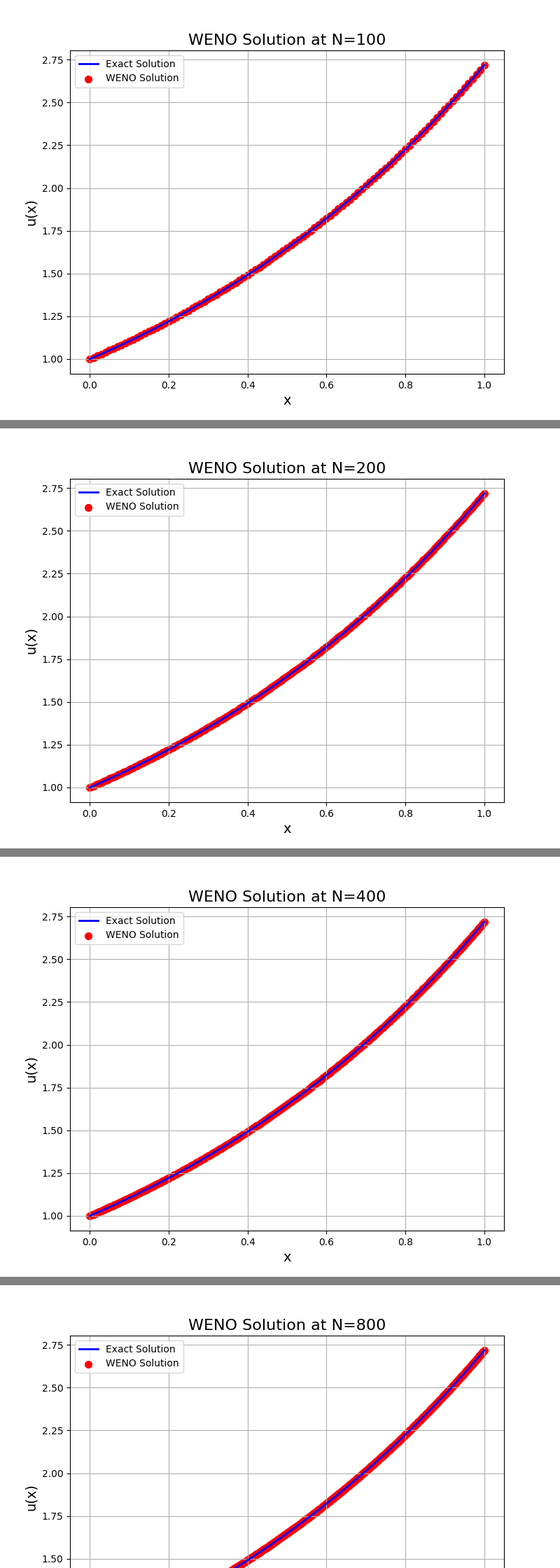
Repository: mishiroo/WENO
Script's output: python main.py
An editor plug-in stored every save of this project. The script's output is shown before and after the next save, followed by the edit.
The pictures show rows 0 to 2240 of an output 3048 px tall, at 70% of full size.
Each picture stacks the figures in order, with grey between them; figures that are only written to a file come last. Random numbers start from a fixed seed.

Above is the script's output before, as saved 2024-12-03 15:10:21.

### main.py
import WENO
import ErrorAnalysis as EA
import numpy as np
import tqdm

# 计算误差阶
# N: Num of cells
NList = [100, 200, 400, 800, 1600]
L2ErrorList = []
LinfErrorList = []
Solutions = []

for n in NList:
    print(f"num of cells = {n}...")
    mesh = WENO.Mesh(0, 1, n)
    mesh.SetTestAverageValues()
    theo_values = np.exp(mesh.mesh)
    weno = WENO.WENO1D(mesh=mesh.mesh, avg_values=mesh.avg_values)
    weno5_solution = np.zeros_like(mesh.mesh)
    for i in tqdm.tqdm(range(weno.N+1)):
        weno5_solution[i] = weno.WENOReconstruct(i)
    LinfErrorList.append(EA.LinfError(theo_values, weno5_solution))
    L2ErrorList.append(EA.L2Error(theo_values, weno5_solution))
    Solutions.append(weno5_solution)
    EA.Draw(mesh.mesh, theo_values, weno5_solution)


EA.SaveError("WENO5Error.xlsx", NList, L2ErrorList, LinfErrorList)

### WENO.py
import numpy as np
from typing import List
# 1D dimension
class WENO1D:

    def __init__(self, mesh: np.ndarray, avg_values: np.ndarray, order=5) -> None:
        """初始化WENO类

        Args:
            mesh (np.ndarray): 网格剖分[lb,...ub]
            avg_values (np.ndarray): 网格剖分[lb,...ub]
            order (int, optional): WENO算法阶数. Defaults to 5.
        """
        assert np.size(mesh) - 1 == np.size(
            avg_values
        ), "len(mesh) == len(avg_values) + 1"
        self.avg_values = avg_values
        self.mesh = mesh

        self.order = order
        self.lb = mesh[0]
        self.ub = mesh[-1]
        self.N = len(mesh) - 1  # Num of cells
        self.k = int((order + 1) / 2)  # Num of stencils
        # 查表得到模板组合线性权
        if order == 1:
            self.weights_d = [1]
        elif order == 3:
            self.weights_d = [2 / 3, 1 / 3]
        elif order == 5:
            self.weights_d = [1 / 10, 3 / 5, 3 / 10]
            # 查表得到模板组合系数
            self.C = np.array(
                [
                    [1 / 3, -7 / 6, 11 / 6],
                    [-1 / 6, 5 / 6, 1 / 3],
                    [1 / 3, 5 / 6, -1 / 6],
                    [11 / 6, -7 / 6, 1 / 3],
                ]
            )
        else:
            raise ValueError("order must be 1, 2 or 3")  # 其他阶的系数论文没给，先不写

    def StencilReconstruct(self, index: int) -> List[float]:
        """根据模板进行重构 精度为k阶

        Args:
            index (int): 计算节点的位置索引

        Returns:
            List[float]: 不同模板上的重构结果
        """
        stencil_index = index - 1
        stencil_recons = np.zeros(self.k)  # 存储不同模板重构结果的值
        if stencil_index - self.k + 1 >= 0 and stencil_index + self.k - 1 <= self.N - 1:
            for i in range(self.k):
                stencil_recons[i] = np.inner(
                    self.C[i],
                    self.avg_values[
                        stencil_index - self.k + 1 + i : stencil_index + i + 1
                    ],
                )

        elif stencil_index - self.k + 1 < 0:
            for i in range(self.k):
                stencil_recons[i] = np.inner(
                    self.C[-1],
                    self.avg_values[stencil_index+1 : stencil_index + self.k+1],
                )

        elif stencil_index + self.k - 1 > self.N - 1:
            for i in range(self.k):
                stencil_recons[i] = np.inner(
                    self.C[0],
                    self.avg_values[stencil_index - self.k + 1 : stencil_index + 1],
                )
        return stencil_recons


    def SmoothIndicators(self, index: int) -> np.ndarray:
        """计算指示器

        Args:
            index (int): 索引

        Returns:
            np.ndarray: 平滑指示函数
        """
        assert self.k == 2 or self.k == 3, "SmoothIndicators only support k=3 NOW!"
        # 处理非法值
        if index < self.k - 1 or index > self.N - self.k:
            return self.weights_d
        else:
            if self.k == 2:
                beta0 = self.avg_values[index + 1] - self.avg_values[index]
                beta1 = self.avg_values[index] - self.avg_values[index - 1]
                return [beta0, beta1]
            elif self.k == 3:
                beta0 = (
                    13
                    / 12
                    * (
                        self.avg_values[index + 1]
                        - 2 * self.avg_values[index + 1]
                        + self.avg_values[index + 2]
                    )
                    ** 2
                )
                +1 / 4 * (
                    3 * self.avg_values[index]
                    - 4 * self.avg_values[index + 2]
                    + self.avg_values[index + 2]
                ) ** 2
                beta1 = (
                    13
                    / 12
                    * (
                        self.avg_values[index - 1]
                        - 2 * self.avg_values[index]
                        + self.avg_values[index + 1]
                    )
                    ** 2
                )
                +1 / 4 * (self.avg_values[index - 1] - self.avg_values[index + 1]) ** 2
                beta2 = (
                    13
                    / 12
                    * (
                        self.avg_values[index - 2]
                        - 2 * self.avg_values[index - 1]
                        + self.avg_values[index]
                    )
                    ** 2
                )
                +1 / 4 * (
                    3 * self.avg_values[index]
                    - 4 * self.avg_values[index - 1]
                    + self.avg_values[index - 2]
                ) ** 2
            return [beta0, beta1, beta2]

    def FormWeights(self, index: int, eps=1e-6) -> np.ndarray:
        """计算归一化权重

        Args:
            index (int): 索引

        Returns:
            np.ndarray: 权重
        """
        alpha = np.zeros(self.k)
        beta = self.SmoothIndicators(index)
        for i in range(self.k):
            alpha[i] = self.weights_d[i] / (eps + beta[i]) ** 2
        return alpha / np.sum(alpha)

    def WENOReconstruct(self, index: int, eps=1e-6) -> float:
        """WENO加权后的重构 精度为2k-1阶

        Args:
            index (int): 索引
            eps (_type_, optional): eps参数. Defaults to 1e-6.

        Returns:
            float: 插值结果
        """
        weights = self.FormWeights(index, eps=eps)
        return np.inner(self.weights_d, self.StencilReconstruct(index))


class Mesh:
    def __init__(self, lb: float, ub: float, N: int) -> None:
        """初始化网格

        Args:
            lb (float): 左边界
            ub (float): 右边界
            N (int): cells数量
        """
        self.lb = lb
        self.ub = ub
        self.N = N
        self.mesh = np.linspace(lb, ub, N + 1)
        self.avg_values = np.zeros(N)  # Initialize avg_values

    def BindAverageValues(self, avg_values: List[float]) -> None:
        """绑定平均值

        Args:
            avg_values (List[float]): 平均值
        """
        assert len(avg_values) == self.N, "avg_values length must be N"
        self.avg_values = avg_values

    def SetTestAverageValues(self):
        """测试用例
        func = e^x
        设置精确的单元格积分均值
        """
        for i in range(self.N):
            integrate = np.exp(self.mesh[i + 1]) - np.exp(self.mesh[i])
            self.avg_values[i] = integrate / (self.mesh[i + 1] - self.mesh[i])

### ErrorAnalysis.py
# 分析计算结果的收敛阶 绘制计算效果图
import numpy as np
import pandas as pd
from typing import List
from matplotlib import pyplot as plt


def AccuracyOrder(N1: int, N2: int, Error1: int, Error2: int) -> float:
    """给定两组剖分和计算结果，计算收敛阶

    Args:
        N1 (int): 第一次剖分的网格数
        N2 (int): 第二次剖分的网格数
        Error1 (int): 第一次剖分的误差
        Error2 (int): 第二次剖分的误差

    Returns:
        float: 收敛阶
    """
    return np.log(Error1 / Error2) / np.log(N2 / N1)


def AccuracyOrders(NList: List[int], ErrorList: List[float]) -> np.ndarray:
    """对两组及以上剖分结果进行收敛阶分析 返回长度为len(NList)第一个元素为None的收敛阶数组

    Args:
        NList (List[int]): 网格剖分参数列表
        ErrorList (List[float]): 误差结果列表

    Returns:
        np.ndarray: 收敛阶列表
    """
    assert len(NList) == len(
        ErrorList
    ), f"length of NList and ErrorList must be equal, but {len(NList)} and {len(ErrorList)} are given"
    orderList = np.zeros(len(NList))
    orderList[0] = None
    for i in range(1, len(NList)):
        orderList[i] = AccuracyOrder(NList[i], NList[i - 1], ErrorList[i], ErrorList[i - 1])
    return orderList


def SaveError(fn: str, NList: List[int], L2ErrorList: List[float], LinfErrorList: List[float]) -> None:
    """保存误差结果

    Args:
        fn (str): 保存文件名
        NList (List[int]): 网格剖分参数列表
        ErrorList (List[float]): 误差结果列表
    """
    ac_orders_l2 = AccuracyOrders(NList, L2ErrorList)
    ac_orders_linf = AccuracyOrders(NList, LinfErrorList)
    # 保存计算结果
    data = {
        "N": NList,
        "L2Error": L2ErrorList,
        "L2Order": ac_orders_l2,
        "LInfError": LinfErrorList,
        "LInfOrder": ac_orders_linf,
    }
    df = pd.DataFrame(data)
    df.to_excel(fn, index=False)


def L2Error(analytical: List[float], numerical: List[float]) -> float:
    """计算L2误差

    Args:
        analytical (List[float]): 解析解
        numerical (List[float]): 数值解

    Returns:
        float: L2误差
    """
    return np.sqrt(np.sum([(a - n) ** 2 for a, n in zip(analytical, numerical)]))


def LinfError(analytical: List[float], numerical: List[float]) -> float:
    """计算Linf误差

    Args:
        analytical (List[float]): 解析解
        numerical (List[float]): 数值解

    Returns:
        float: Linf误差
    """
    return max([abs(a - n) for a, n in zip(analytical, numerical)])


def Draw(mesh: np.ndarray, theo_values: np.ndarray, weno_values: np.ndarray, show=False, fn: str = None):
    """只绘制剖分为N的精确值与数值解对比图

    Args:
        mesh (np.ndarray): 剖分网格
        theo_values (np.ndarray): 理论值
        weno_values (np.ndarray): WENO求解结果
        show(Bool, optional): 是否显示图形. Defaults to False.
        fn (str, optional): 保存文件名. Defaults to None.
    """
    N = mesh.size - 1
    # 创建图形
    plt.figure(figsize=(8, 6))

    # 绘制理论值
    plt.plot(
        mesh, theo_values, label="Exact Solution", color="b", linestyle="-", linewidth=2
    )

    # 绘制WENO数值解
    plt.scatter(
        mesh, weno_values, label="WENO Solution", color="r", marker="o", linewidth=2
    )

    # 设置标题和标签

    plt.title(f"WENO Solution at N={N}", fontsize=16)
    plt.xlabel("x", fontsize=14)
    plt.ylabel("u(x)", fontsize=14)

    # 显示图例
    plt.legend()

    # 显示网格
    plt.grid(True)
    if fn is not None:
        plt.savefig(f"figures/{fn}.png")
    else:
        plt.savefig(f"figures/WENO5-N={N}.png")
    # 展示图形
    if show:
        plt.show()

After the next save:
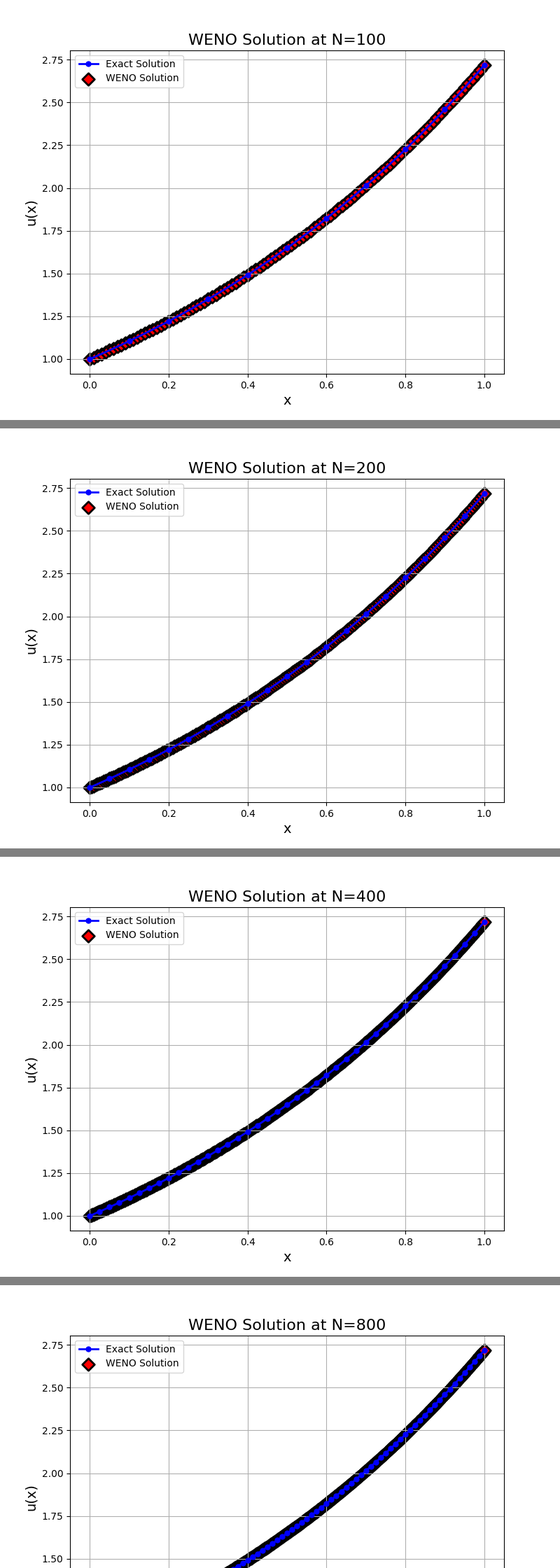
Saved 69 s later.
--- a/ErrorAnalysis.py
+++ b/ErrorAnalysis.py
@@ -102,15 +102,15 @@ def Draw(mesh: np.ndarray, theo_values: np.ndarray, weno_values: np.ndarray, sho
     # 创建图形
     plt.figure(figsize=(8, 6))
 
-    # 绘制理论值
+    # 绘制理论解（精确解）
     plt.plot(
-        mesh, theo_values, label="Exact Solution", color="b", linestyle="-", linewidth=2
-    )
+    mesh, theo_values, label="Exact Solution", color="blue", linestyle='-', linewidth=2, marker='o', markersize=5, markevery=10
+)
 
     # 绘制WENO数值解
     plt.scatter(
-        mesh, weno_values, label="WENO Solution", color="r", marker="o", linewidth=2
-    )
+    mesh, weno_values, label="WENO Solution", color="red", marker="D", s=80, edgecolor='black', linewidth=2
+)
 
     # 设置标题和标签
 
